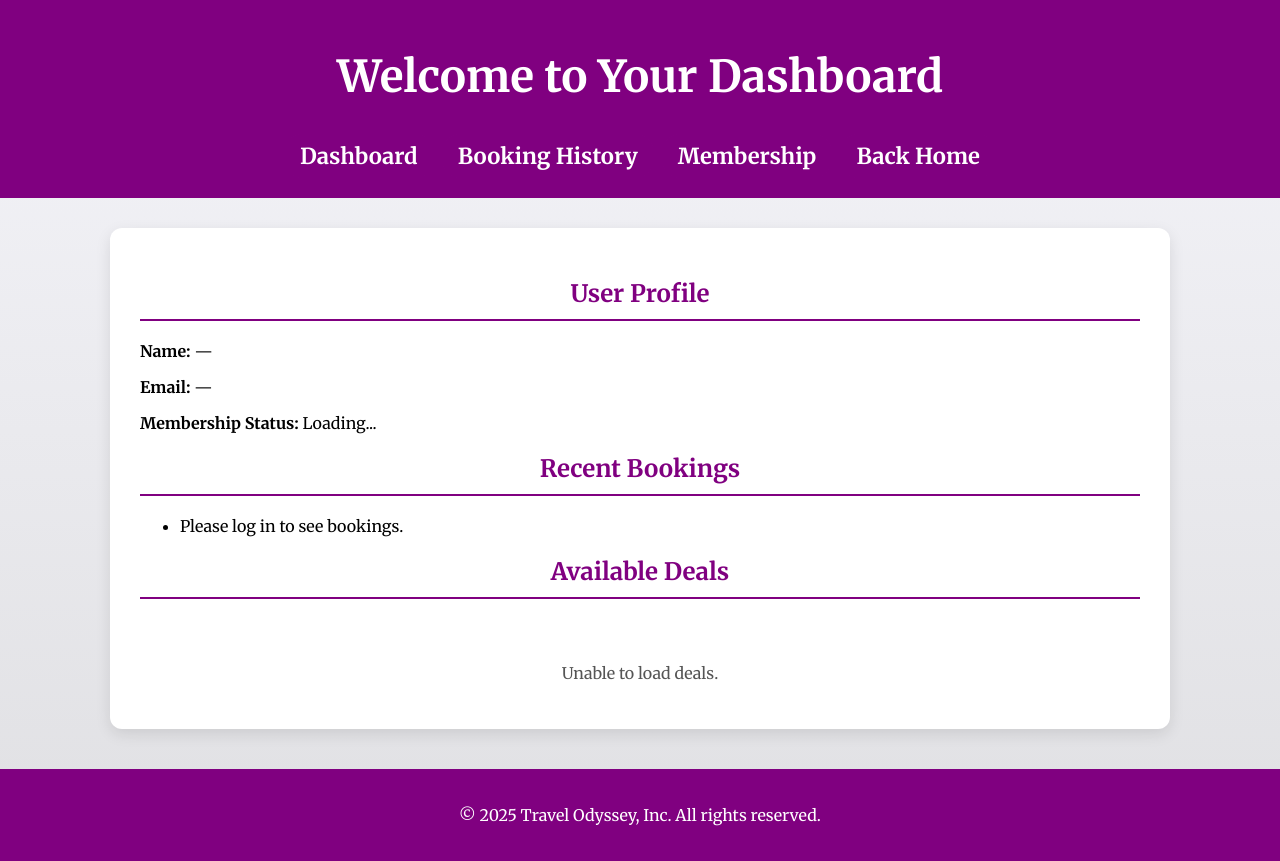
Repository: GHzPhoenix/Project-Odyssey
Page: Frontend/dashboard.html
The author's editor kept a copy of each file at every save. The page is drawn from the files as they stood at one save, then again after the next save.
The browser window is 1280 px wide. The pictures show the whole page.
The page's requests for data from a server got no answer.

Above is the page before, as saved 2025-06-08 11:31:21.

### Frontend/dashboard.html
<!DOCTYPE html>
<html lang="en">
  <head>
    <meta charset="UTF-8" />
    <meta name="viewport" content="width=device-width, initial-scale=1.0" />
    <title>User Dashboard</title>
    <!-- <link rel="stylesheet" href="/Frontend/css/style.css" /> -->
    <link rel="stylesheet" href="/Frontend/css/dashboard.css" />
    <link rel="preconnect" href="https://fonts.googleapis.com" />
    <link rel="preconnect" href="https://fonts.gstatic.com" crossorigin />
    <link
      href="https://fonts.googleapis.com/css2?family=Merriweather:wght@300;400;700&display=swap"
      rel="stylesheet"
    />
  </head>
  <body>
    <header>
      <h1 style="color: white">Welcome to Your Dashboard</h1>
      <nav>
        <a href="dashboard.html">Dashboard</a>
        <a href="booking-history.html">Booking History</a>
        <a href="membership-confirmation.html">Membership</a>
        <a href="index.html">Back Home</a>
      </nav>
    </header>

    <main>
      <section class="profile">
        <h2>User Profile</h2>
        <p><strong>Name:</strong> <span id="username">Loading...</span></p>
        <p><strong>Email:</strong> <span id="user-email">Loading...</span></p>
        <p>
          <strong>Membership Status:</strong>
          <span id="membership-status">Loading...</span>
        </p>
      </section>

      <section class="recent-bookings">
        <h2>Recent Bookings</h2>
        <ul id="booking-list">
          <li>Loading...</li>
        </ul>
      </section>

      <section class="trending-deals">
        <h2>Available Deals</h2>
        <div class="deals-container" id="deals-container"></div>
        <p id="no-deals" class="no-deals" style="display: none">
          No deals available right now.
        </p>
      </section>
    </main>

    <footer class="footer">
      <div class="footer-container"></div>
      <div class="footer-bottom">
        <p>© 2025 Travel Odyssey, Inc. All rights reserved.</p>
      </div>
    </footer>

    <script>
      function toggleMenu() {
        document.querySelector("nav ul").classList.toggle("active");
      }

      async function loadDashboard() {
        const token = localStorage.getItem("token");
        const user = JSON.parse(localStorage.getItem("user") || "{}");
        document.getElementById("username").textContent = user.name || "—";
        document.getElementById("user-email").textContent = user.email || "—";

        const bookingList = document.getElementById("booking-list");
        bookingList.innerHTML = "";
        if (token) {
          try {
            const res = await fetch("http://127.0.0.1:5001/api/bookings", {
              headers: { Authorization: "Bearer " + token },
            });
            if (!res.ok) throw new Error("No bookings found");
            const bookings = await res.json();
            if (bookings.length === 0) {
              bookingList.innerHTML = "<li>You have no previous bookings.</li>";
            } else {
              bookings.forEach((b) => {
                const li = document.createElement("li");
                const start = new Date(b.start_date).toLocaleDateString();
                const end = new Date(b.end_date).toLocaleDateString();
                li.textContent = `${b.destination} — ${start} to ${end}`;
                bookingList.appendChild(li);
              });
            }
          } catch (err) {
            console.error("Booking history error:", err);
            bookingList.innerHTML = "<li>Could not load booking history.</li>";
          }
        } else {
          bookingList.innerHTML = "<li>Please log in to see bookings.</li>";
        }

        const dealsContainer = document.getElementById("deals-container");
        const noDealsMsg = document.getElementById("no-deals");
        dealsContainer.innerHTML = "";
        try {
          const res = await fetch("http://127.0.0.1:5001/api/deals");
          if (!res.ok) throw new Error("Failed to fetch deals");
          const deals = await res.json();
          if (deals.length === 0) {
            noDealsMsg.style.display = "block";
          } else {
            noDealsMsg.style.display = "none";
            deals.forEach((deal) => {
              const card = document.createElement("div");
              card.className = "deal-card";

              const img = document.createElement("img");
              img.src = deal.image_url;
              img.alt = deal.name;
              card.appendChild(img);

              const body = document.createElement("div");
              body.className = "deal-card-body";

              const h3 = document.createElement("h3");
              h3.textContent = deal.name;
              body.appendChild(h3);

              const sub = document.createElement("p");
              sub.textContent = `${deal.location} — ${deal.activities}`;
              body.appendChild(sub);

              const dates = document.createElement("p");
              const s = new Date(deal.start_date).toLocaleDateString("en-US", {
                month: "short",
                day: "numeric",
                year: "numeric",
              });
              const e = new Date(deal.end_date).toLocaleDateString("en-US", {
                month: "short",
                day: "numeric",
                year: "numeric",
              });
              dates.textContent = `${s} – ${e}`;
              body.appendChild(dates);

              const btn = document.createElement("a");
              btn.className = "btn-primary card-button";
              btn.href = `booking.html?deal=${deal.id}`;
              btn.textContent = "Book Now";
              body.appendChild(btn);

              card.appendChild(body);
              dealsContainer.appendChild(card);
            });
          }
        } catch (err) {
          console.error("Deals load error:", err);
          dealsContainer.innerHTML =
            "<p class='no-deals'>Unable to load deals.</p>";
        }
      }

      window.addEventListener("DOMContentLoaded", loadDashboard);
    </script>
  </body>
</html>

### Frontend/css/dashboard.css
:root {
  --color-primary: purple;
  --color-accent: #ff6f91;
  --color-bg-light: #f4f4f9;
  --color-bg-lighter: #e0e0e3;
  --color-text: #333;
  --color-text-light: #555;
  --radius: 1.25rem;
  --spacing-sm: 0.5rem;
  --spacing-md: 1rem;
  --spacing-lg: 2rem;
  --font-base: 1rem;
  --font-scale: 1.125rem;
}
body {
  font-family: "Merriweather", serif;
  background: linear-gradient(to bottom, #f4f4f9, #e0e0e3);
  margin: 0;
  padding: 0;
}

header {
  background-color: purple;
  color: white;
  text-align: center;
  padding: 20px;
  font-size: 22px;
  font-weight: bold;
}

nav {
  display: flex;
  justify-content: center;
  flex-wrap: wrap;
  gap: var(--spacing-sm);
}

nav a {
  display: inline-block;
  padding: var(--spacing-sm) var(--spacing-md);
  background-color: var(--color-primary);
  color: #fff;
  text-decoration: none;
  font-weight: 600;
  border-radius: var(--radius);
  transition: background-color 0.3s ease;
}

nav a:hover {
  background-color: var(--color-accent);
  color: #fff;
}
.menu-toggle {
  display: none;
  flex-direction: column;
  cursor: pointer;
}

.menu-toggle div {
  width: 28px;
  height: 3px;
  background-color: white;
  margin: 4px 0;
}

@media (max-width: 768px) {
  nav ul {
    flex-direction: column;
    width: 100%;
    display: none;
    background-color: purple;
    margin-top: 10px;
    padding: 10px 0;
  }

  nav ul.active {
    display: flex;
  }

  .menu-toggle {
    display: flex;
  }

  nav ul li {
    width: 100%;
    text-align: center;
  }
}

main {
  max-width: 1000px;
  margin: 30px auto;
  padding: 30px;
  background-color: white;
  border-radius: 12px;
  box-shadow: 0px 5px 15px rgba(0, 0, 0, 0.1);
}

h2 {
  color: purple;
  font-size: 24px;
  margin-bottom: 20px;
  text-align: center;
  border-bottom: 2px solid purple;
  padding-bottom: 10px;
}

.dashboard-section {
  margin: 20px 0;
  padding: 20px;
  background-color: #f9f9ff;
  border-radius: 10px;
  box-shadow: 0px 2px 8px rgba(0, 0, 0, 0.1);
}

.dashboard-section h3 {
  font-size: 20px;
  color: purple;
  margin-bottom: 10px;
}

.deals-container {
  display: grid;
  grid-template-columns: repeat(auto-fit, minmax(280px, 1fr));
  gap: 1.5rem;
  margin-top: 2rem;
  padding: 0;
}

.deal-card {
  background-color: #fff;
  border-radius: 12px;
  overflow: hidden;
  box-shadow: 0 4px 10px rgba(0, 0, 0, 0.1);
  transition: transform 0.2s ease, box-shadow 0.2s ease;
  display: flex;
  flex-direction: column;
}

.deal-card:hover {
  transform: translateY(-4px);
  box-shadow: 0 6px 14px rgba(0, 0, 0, 0.15);
}

.deal-card img {
  width: 100%;
  height: 180px;
  object-fit: cover;
  display: block;
}

.deal-card-body {
  padding: 1rem;
  flex: 1;
  display: flex;
  flex-direction: column;
}

.deal-card-body h3 {
  margin: 0 0 0.5rem;
  font-size: 1.25rem;
  color: purple;
}

.deal-card-body p {
  margin: 0.25rem 0;
  color: #555;
  font-size: 0.95rem;
  flex: 1;
}

.card-button {
  display: inline-block;
  background-color: purple;
  color: #fff;
  text-decoration: none;
  padding: 0.5rem 1rem;
  border-radius: 20px;
  font-weight: bold;
  font-size: 0.95rem;
  text-align: center;
  transition: background-color 0.3s ease;
  margin-top: 1rem;
}

.card-button:hover {
  background-color: #ff6f91;
  color: #fff;
}

.no-deals {
  text-align: center;
  font-size: 1rem;
  color: #555;
  margin-top: 2rem;
}

@media (max-width: 600px) {
  .deals-container {
    grid-template-columns: 1fr;
  }
  .deal-card img {
    height: 200px;
  }
}

.dashboard-section p {
  font-size: 16px;
  color: #555;
}

.button {
  background-color: purple;
  color: white;
  padding: 10px 18px;
  border-radius: 25px;
  text-decoration: none;
  display: inline-block;
  margin-top: 15px;
  font-weight: bold;
  transition: background 0.3s ease-in-out;
}

.button:hover {
  background-color: #ff3b72;
}

footer {
  background-color: purple;
  color: white;
  text-align: center;
  padding: 20px;
  margin-top: 40px;
}

@media (max-width: 768px) {
  main {
    margin: 20px;
    padding: 20px;
  }
}

After the next save:
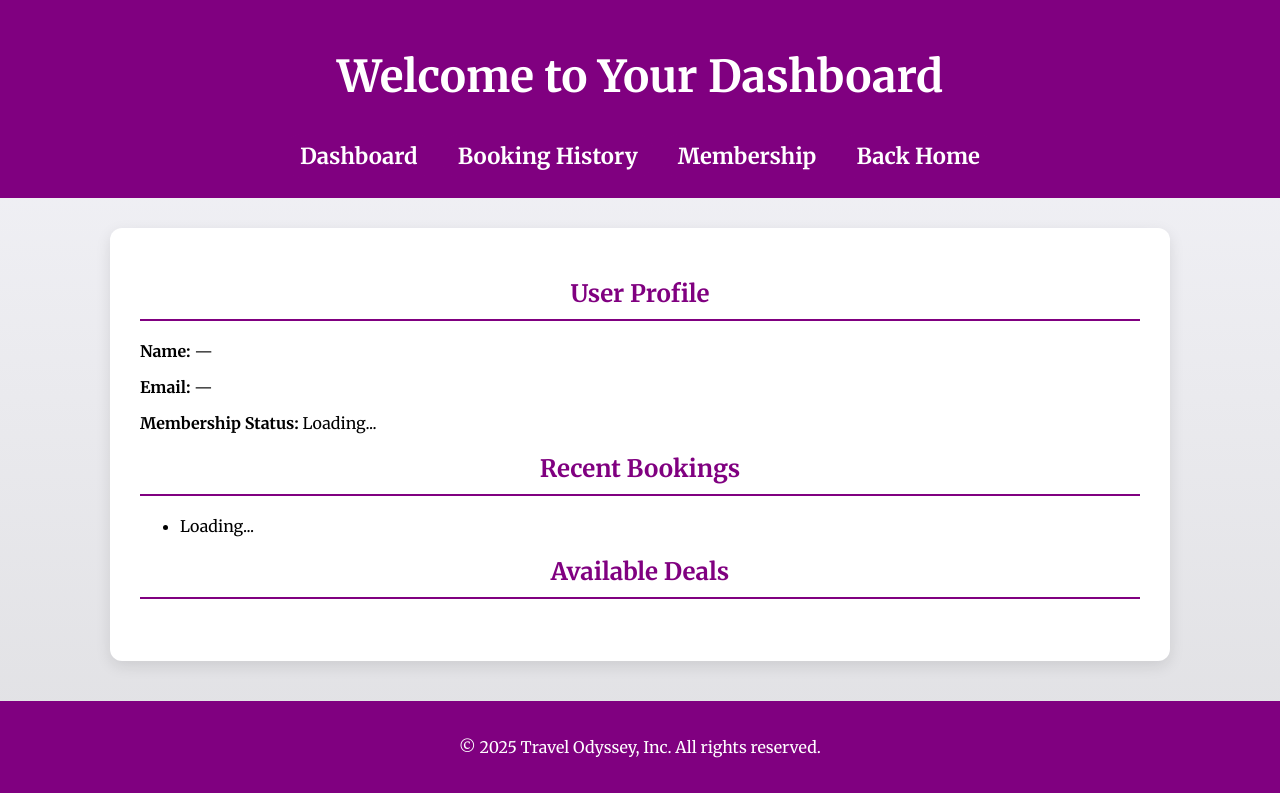
Console error: ReferenceError: membershipType is not defined
Saved 26 s later.
--- a/Frontend/dashboard.html
+++ b/Frontend/dashboard.html
@@ -68,6 +68,10 @@
         const user = JSON.parse(localStorage.getItem("user") || "{}");
         document.getElementById("username").textContent = user.name || "—";
         document.getElementById("user-email").textContent = user.email || "—";
+        document.getElementById("membership-type").textContent =
+          membershipType || "None";
+        document.getElementById("membership-expiration").textContent =
+          membershipExpires || "—";
 
         const bookingList = document.getElementById("booking-list");
         bookingList.innerHTML = "";

After the save that followed:
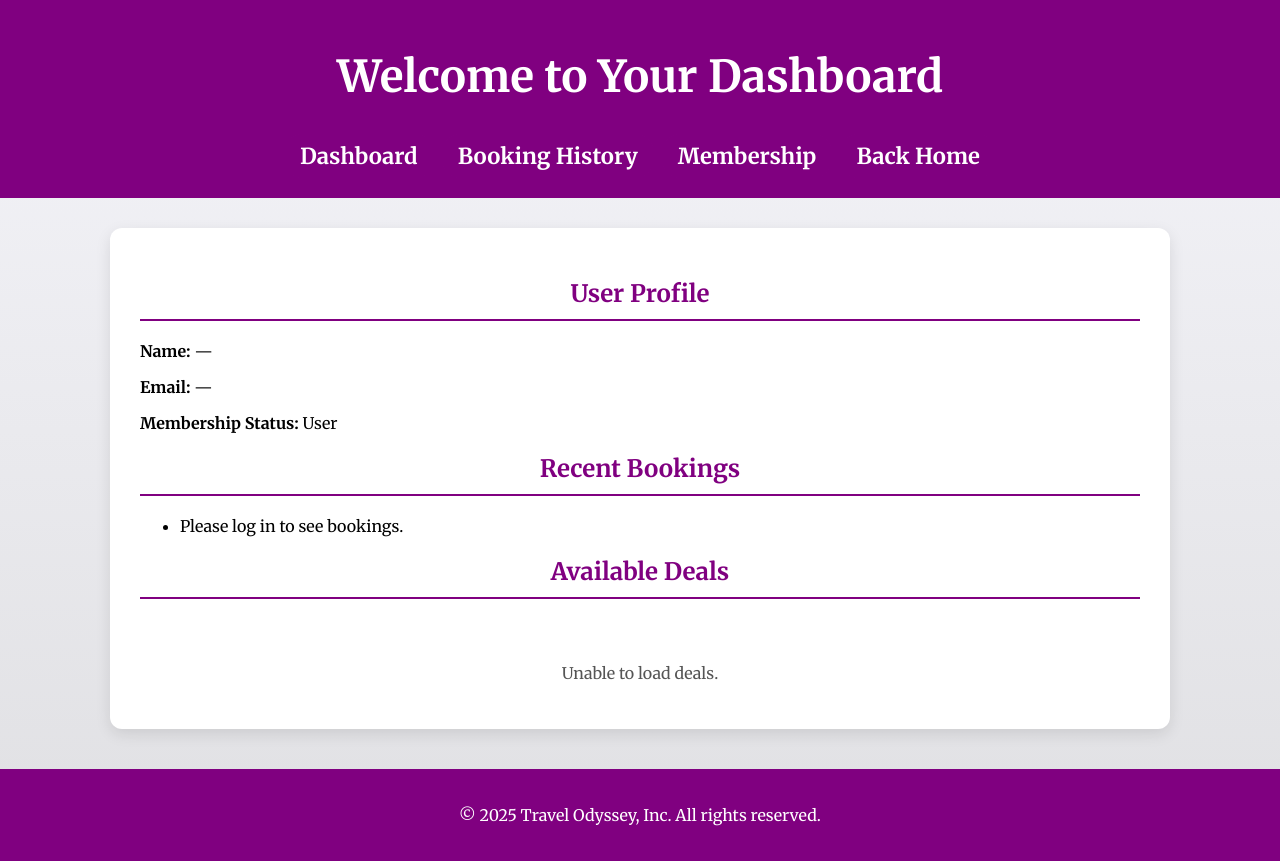
The error is gone.
Saved 10 s later.
--- a/Frontend/dashboard.html
+++ b/Frontend/dashboard.html
@@ -68,10 +68,8 @@
         const user = JSON.parse(localStorage.getItem("user") || "{}");
         document.getElementById("username").textContent = user.name || "—";
         document.getElementById("user-email").textContent = user.email || "—";
-        document.getElementById("membership-type").textContent =
-          membershipType || "None";
-        document.getElementById("membership-expiration").textContent =
-          membershipExpires || "—";
+        document.getElementById("membership-status").textContent =
+          user.role === "admin" ? "Admin" : "User";
 
         const bookingList = document.getElementById("booking-list");
         bookingList.innerHTML = "";
